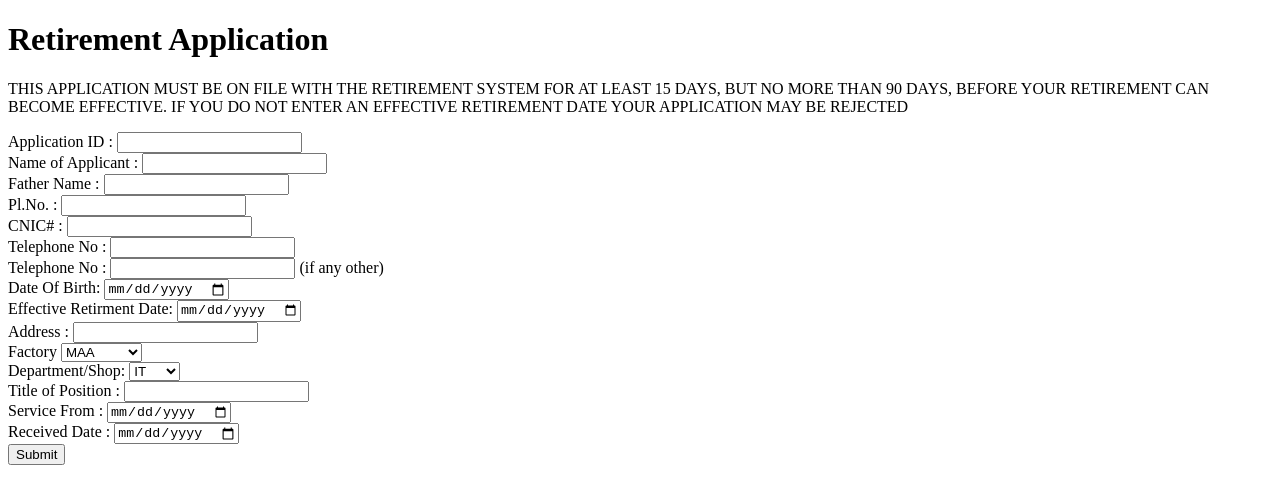
Repository: AQSA-ABDULLAH/RetirementManagmentSystem
Page: RetimentManagmentSystem/src/main/webapp/RetirementApplicationForm.html
The author's editor kept a copy of each file at every save. The page is drawn from the files as they stood at one save, then again after the next save.
The browser window is 1280 px wide. The pictures show the whole page.

Above is the page before, as saved 2023-08-15 10:54:42.

### RetimentManagmentSystem/src/main/webapp/RetirementApplicationForm.html
<!DOCTYPE html>
<html>
<head>
<meta charset="ISO-8859-1">
<title>Retirment Application</title>
</head>
<body>
  <h1>Retirement Application</h1>
  <form method="post" action="applicationForm.jsp">

	<p>THIS APPLICATION MUST BE ON FILE WITH THE RETIREMENT SYSTEM FOR AT LEAST 15 DAYS, BUT NO MORE THAN 90
DAYS, BEFORE YOUR RETIREMENT CAN BECOME EFFECTIVE. IF YOU DO NOT ENTER AN EFFECTIVE RETIREMENT DATE
YOUR APPLICATION MAY BE REJECTED</p>

	<label for="id">Application ID :</label>
    <input type="number" id="id" required><br>

    <label for="name">Name of Applicant :</label>
    <input type="text" id="name" required><br>

    <label for="fathername">Father Name :</label>
    <input type="text" id="fathername" required><br>

    <label for="plno">Pl.No. :</label>
    <input type="number" id="plno" required><br>

    <label for="cnic">CNIC# :</label>
    <input type="number" id="cnic" required><br>

    <label for="phoneno">Telephone No :</label>
    <input type="number" id="phoneno" required><br>

    <label for="phoneno">Telephone No :</label>
    <input type="number" id="phoneno" required>
    <span>(if any other)</span><br>

    <label for="DateBirth">Date Of Birth:</label>
    <input type="date" id="DateBirth" required><br>

    <label for="DateRetirment">Effective Retirment Date:</label>
    <input type="date" id="DateRetirment" required><br>

    <label for="address">Address :</label>
    <input type="text" id="address" required>
    <br>

    <label for="factory">Factory</label>
	<select id="factory" name="factory">
		<option value="maa">MAA</option>
		<option value="Co4">CO-4</option>
        <option value="brasemill">Brase Mill</option>
        <option value="textile">Textile</option>
        <option value="explosive">explosive</option>
      </select><br>

    <label for="department">Department/Shop:</label>
	<select id="department" name="department">
		<option>IT</option>
		<option>C-13</option>
        <option>C-14</option>
        <option>C-18</option>
        <option>C-19</option>
      </select><br>

    <label for="position">Title of Position :</label>
    <input type="text" id="position" required><br>

    <label for="service">Service From :</label>
    <input type="date" id="service" required><br>

    <label for="receivedDate">Received Date :</label>
    <input type="date" id="receivedDate" required><br>

    <input type="button" value="Submit">
  </form>
</body>
</html>

After the next save:
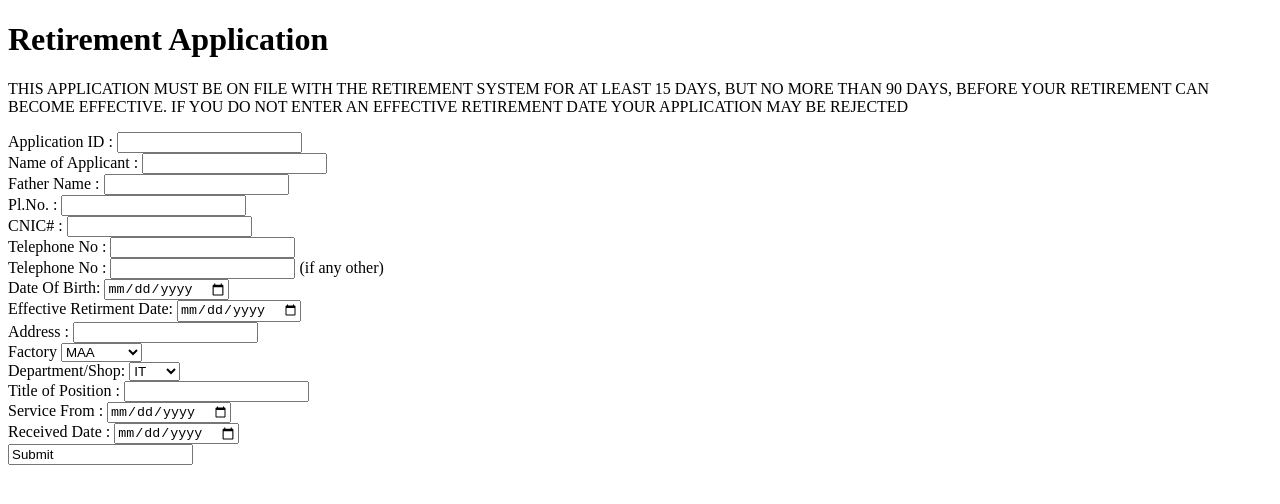
Saved 2 min 22 s later.
--- a/RetimentManagmentSystem/src/main/webapp/RetirementApplicationForm.html
+++ b/RetimentManagmentSystem/src/main/webapp/RetirementApplicationForm.html
@@ -71,7 +71,7 @@
     <label for="receivedDate">Received Date :</label>
     <input type="date" id="receivedDate" required><br>
 
-    <input type="button" value="Submit">
+    <input type="submits" value="Submit">
   </form>
 </body>
 </html>

After the save that followed:
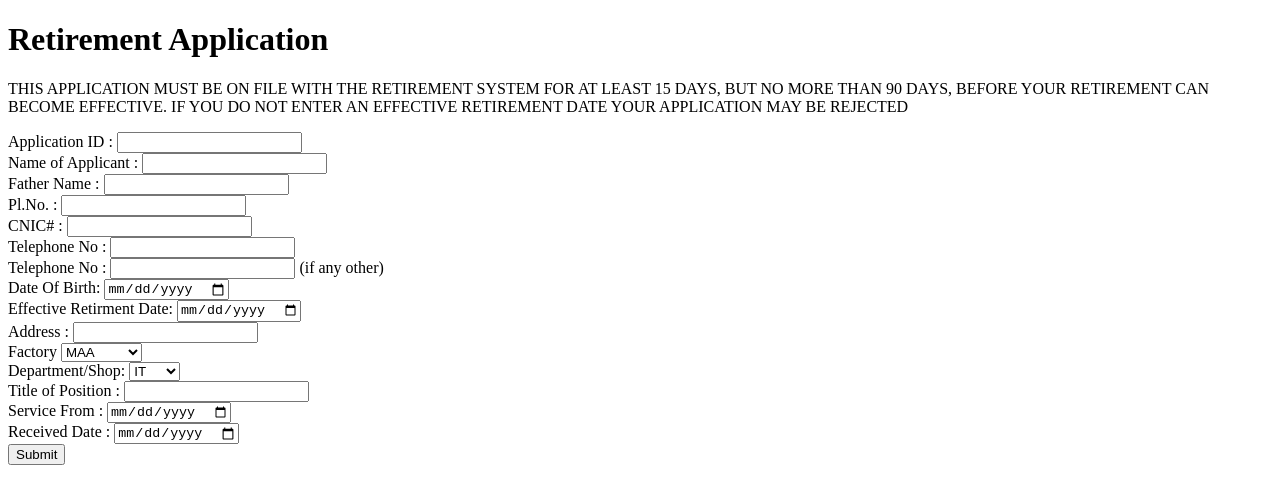
Saved 36 s later.
--- a/RetimentManagmentSystem/src/main/webapp/RetirementApplicationForm.html
+++ b/RetimentManagmentSystem/src/main/webapp/RetirementApplicationForm.html
@@ -71,7 +71,7 @@
     <label for="receivedDate">Received Date :</label>
     <input type="date" id="receivedDate" required><br>
 
-    <input type="submits" value="Submit">
+    <input type="submit" value="Submit">
   </form>
 </body>
 </html>
